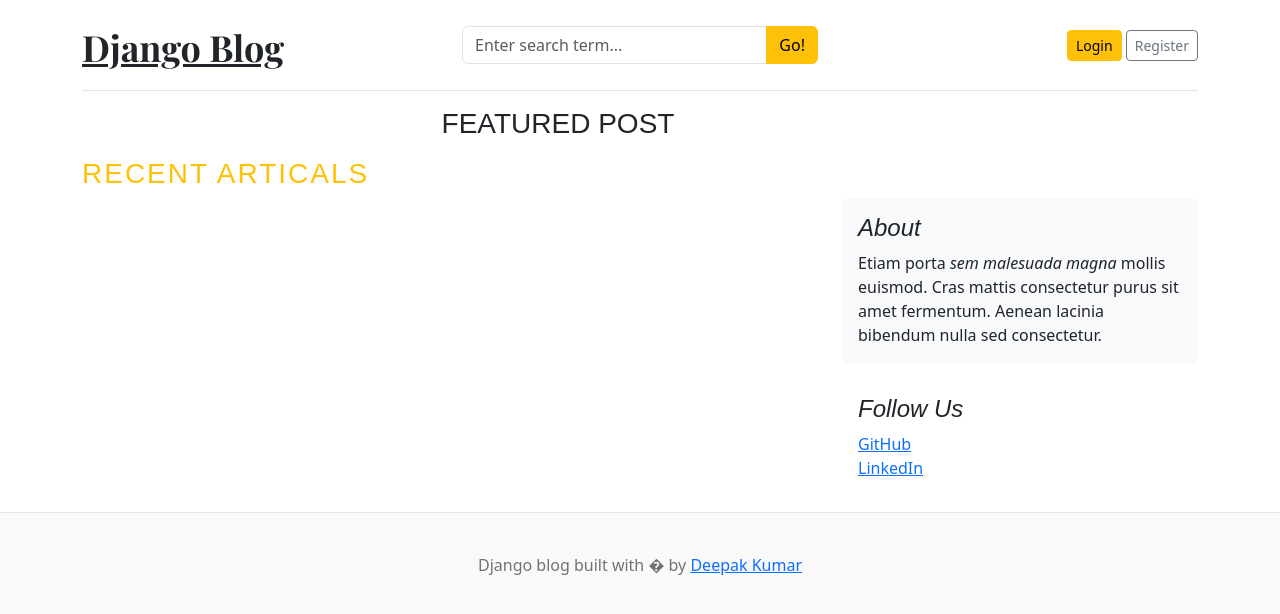
Repository: vijayholve/Blog-Website-Django
Page: templates/home.html
An editor plug-in stored every save of this project. The page is shown before and after the next save, followed by the edit.
The browser window is 1280 px wide. The pictures show the whole page.
Some web fonts or font styles are not loaded; a fallback is used. The template is drawn by Django 5.2. The application's start-up code is not run. Other server files are loaded and not shown. The template is opened directly, without the code that normally fills it, so the values that code supplies are empty.

Above is the page before, as saved 2025-01-29 16:19:00.

### templates/home.html

{% extends 'base/base.html' %}

{% block content %}

{% for post in featured_post %}
 {% if forloop.first %}
<div class="jumbotron p-3 p-md-5 text-white rounded bg-dark" style="background-image: url({{ post.blog_image.url }});background-blend-mode: overlay;background-size:cover;">
    <div class="col-md-8 px-0">
      <h1 class="display-4 font-italic"><a href="{% url 'blogs' post.slug %}">{{ post.title }}</a></h1>
      <p class="lead my-3">{{ post.short_description | truncatewords:20 }}</p>
      <p class="lead mb-0"><a href="#" class="text-white font-weight-bold">Continue reading...</a></p>
    </div>
</div>
  {% endif %}
{% endfor %}


<!-- Featured POST -->
<div class="container row mb-2">
  <div class="container">

    <h3 class="container mr-4 text-uppercase text-dark text-bold text-center" >Featured POST</h3>
    {% for post in featured_post %}
    {% if not forloop.first %}
    <div class="col-md-6">
      <div class="card border-0" >
        <div class="card-body">
          <h3><a href="{% url 'blogs' post.slug %}">{{ post.title }}</a></h3>
          <small class="mb-1 text-muted">
            <span class=" material-symbols-outlined">
              schedule
            </span>
            {{ post.created_at | timesince }} ago | {{ post.author }}</small>
            <p class="card-text">{{ post.short_description | truncatewords:20 }}</p>
          </div>
        </div>
      </div>
      {% endif %}
      {% endfor %}
    </div>

  </div>
  <!-- Recent artical -->
  <main role="main" class="container ">
    <h3 class="text-uppercase text-warning" style="letter-spacing: 2px;">Recent Articals</h3>
    <div class="row">
      <div class="col-md-8 blog-main">
        {% for post in posts %}
        <div class="card border-0" >
          <div class="card-body">
            <h3><a href="{% url 'blogs' post.slug %}">{{ post.title }}</a></h3>
            <small class="mb-1 text-muted">{{ post.created_at | timesince }} ago | {{ post.author }}</small>
            <p class="card-text">{{ post.short_description | truncatewords:20 }}</p>
          </div>
        </div>
        {% endfor %}
      </div>
      <!-- /.blog-main -->

      <aside class="col-md-4 blog-sidebar">
        <div class="p-3 mb-3 bg-light rounded">
          <h4 class="font-italic">About</h4>
          <p class="mb-0">Etiam porta <em>sem malesuada magna</em> mollis euismod. Cras mattis consectetur purus sit amet fermentum. Aenean lacinia bibendum nulla sed consectetur.</p>
        </div>

        <div class="p-3">
          <h4 class="font-italic">Follow Us</h4>
          <ol class="list-unstyled">
            <li><a href="#">GitHub</a></li>
            <li><a href="#">LinkedIn</a></li>
          </ol>
        </div>
      </aside><!-- /.blog-sidebar -->

    </div><!-- /.row -->

  </main><!-- /.container -->

</div>
{% endblock %}

### templates/base/base.html
<!-- Header part -->
{% include './header.html' %}

<!-- Main content part -->
{% block content %}
<div class="container-fluid">

</div>
{% endblock %}

<!-- Footer -->
{% include './footer.html' %}

### templates/base/header.html
{% load static %}
<!DOCTYPE html>
<html lang="en">
<head>
    <meta charset="UTF-8">
    <meta http-equiv="X-UA-Compatible" content="IE=edge">
    <meta name="viewport" content="width=device-width, initial-scale=1.0">
    <title>SM Joshi Blogs</title>
    <link href="https://getbootstrap.com/docs/4.0/dist/css/bootstrap.min.css" rel="stylesheet">
    <link href="https://fonts.googleapis.com/css?family=Playfair+Display:700,900" rel="stylesheet">
    <link href="{% static 'css/blog.css' %}" rel="stylesheet">
    <link href="{% static 'css/Navbar.css' %}" rel="stylesheet">
    <link rel="stylesheet" href="https://cdn.jsdelivr.net/npm/bootstrap@4.4.1/dist/css/bootstrap.min.css" integrity="sha384-Vkoo8x4CGsO3+Hhxv8T/Q5PaXtkKtu6ug5TOeNV6gBiFeWPGFN9MuhOf23Q9Ifjh" crossorigin="anonymous">
    <link href="https://cdn.jsdelivr.net/npm/bootstrap@5.3.3/dist/css/bootstrap.min.css" rel="stylesheet" integrity="sha384-QWTKZyjpPEjISv5WaRU9OFeRpok6YctnYmDr5pNlyT2bRjXh0JMhjY6hW+ALEwIH" crossorigin="anonymous">
    <link rel="stylesheet" href="https://fonts.googleapis.com/css2?family=Material+Symbols+Outlined:opsz,wght,FILL,GRAD@20..48,100..700,0..1,-50..200&icon_names=schedule" />
    <link rel="stylesheet" href="https://cdnjs.cloudflare.com/ajax/libs/font-awesome/4.7.0/css/font-awesome.min.css">

  </head>
<body>
    <div class="container ">
      <header class="blog-header py-3">
        <div class="row flex-nowrap justify-content-between align-items-center">
          <div class="col-4 pt-1">
            <a class="blog-header-logo text-dark" href="/">Django Blog</a>
          </div>
          <div class="col-4">
            <form action="{% url 'search' %}" method="GET">
              <div class="input-group">
                <input class="form-control" name="keyword" type="text" placeholder="Enter search term..." aria-label="Enter search term..." aria-describedby="button-search" />
                <button type="submit" class="btn btn-warning" id="button-search" type="button">Go!</button>
            </div>
            </form>
          </div>

          <div class="col-4 d-flex justify-content-end align-items-center">
            {% if not user.is_authenticated %}
            <a class="btn btn-sm btn-warning" href="{% url 'login' %}">Login</a> &nbsp;
            <a class="btn btn-sm btn-outline-secondary" href="{% url 'register' %}">Register</a>
            {% else %}
            <span><a href="{% url 'dashboard' %}" class="btn btn-warning">Dashboard</a></span> &nbsp;
            <span><a href="{% url 'logout' %}">Logout</a></span>
            {% endif %}
          </div>
        </div>
      </header>

      <div class="nav-scroller py-1 mb-2">
        <nav class="nav d-flex justify-content-between">
          {% for cat in categories %}
          <a class="p-2 text-muted" href="{% url 'posts_by_category' cat.id  %}">{{ cat.category_name }}</a>
          {% endfor %}
        </nav>
      </div>
    </div>
    <script src="https://cdn.jsdelivr.net/npm/bootstrap@5.3.3/dist/js/bootstrap.bundle.min.js" integrity="sha384-YvpcrYf0tY3lHB60NNkmXc5s9fDVZLESaAA55NDzOxhy9GkcIdslK1eN7N6jIeHz" crossorigin="anonymous"></script>
</body>
</html>

### templates/base/footer.html
<footer class="blog-footer">
    <p>Django blog built with � by <a href="#">Deepak Kumar</a></p>
  </footer>
  </body>
  </html>

### static/css/blog.css
/* stylelint-disable selector-list-comma-newline-after */

.blog-header {
  border-bottom: 1px solid #e5e5e5;
}

.blog-header-logo {
  font-family: "Playfair Display", Georgia, "Times New Roman", serif/*rtl:Amiri, Georgia, "Times New Roman", serif*/;
  font-size: 2.25rem;
}

.blog-header-logo:hover {
  text-decoration: none;
}

h1, h2, h3, h4, h5, h6 {
  font-family: "Playfair Display", Georgia, "Times New Roman", serif/*rtl:Amiri, Georgia, "Times New Roman", serif*/;
}

.display-4 {
  font-size: 2.5rem;
}
@media (min-width: 768px) {
  .display-4 {
    font-size: 3rem;
  }
}

.flex-auto {
  flex: 0 0 auto;
}

.h-250 { height: 250px; }
@media (min-width: 768px) {
  .h-md-250 { height: 250px; }
}

/* Pagination */
.blog-pagination {
  margin-bottom: 4rem;
}

/*
 * Blog posts
 */
.blog-post {
  margin-bottom: 4rem;
}
.blog-post-title {
  font-size: 2.5rem;
}
.blog-post-meta {
  margin-bottom: 1.25rem;
  color: #727272;
}

/*
 * Footer
 */
.blog-footer {
  padding: 2.5rem 0;
  color: #727272;
  text-align: center;
  background-color: #f9f9f9;
  border-top: .05rem solid #e5e5e5;
}
.blog-footer p:last-child {
  margin-bottom: 0;
}


.material-symbols-outlined{
  width: 20px;
  /* height: 300px; */
}

### static/css/Navbar.css
:root {
    --font-family-sans-serif: "Open Sans", -apple-system, BlinkMacSystemFont,
    "Segoe UI", Roboto, "Helvetica Neue", Arial, sans-serif, "Apple Color Emoji",
    "Segoe UI Emoji", "Segoe UI Symbol", "Noto Color Emoji";
}

*, *::before, *::after {
    -webkit-box-sizing: border-box;
    box-sizing: border-box;
}

html {
    font-family: sans-serif;
    line-height: 1.15;
    -webkit-text-size-adjust: 100%;
    -webkit-tap-highlight-color: rgba(0, 0, 0, 0);
}

nav {
    display: block;
}

body {
    margin: 0;
    font-family: "Open Sans", -apple-system, BlinkMacSystemFont, "Segoe UI",
    Roboto, "Helvetica Neue", Arial, sans-serif, "Apple Color Emoji",
    "Segoe UI Emoji", "Segoe UI Symbol", "Noto Color Emoji";
    font-size: 1rem;
    font-weight: 400;
    line-height: 1.5;
    color: #515151;
    text-align: left;
    background-color: #e9edf4;
}

h1, h2, h3, h4, h5, h6 {
    margin-top: 0;
    margin-bottom: 0.5rem;
}

p {
    margin-top: 0;
    margin-bottom: 1rem;
}

a {
    color: #3f84fc;
    text-decoration: none;
    background-color: transparent;
}

a:hover {
    color: #0458eb;
    text-decoration: underline;
}

h1, h2, h3, h4, h5, h6, .h1, .h2, .h3, .h4, .h5, .h6 {
    font-family: "Nunito", sans-serif;
    margin-bottom: 0.5rem;
    font-weight: 500;
    line-height: 1.2;
}

h1, .h1 {
    font-size: 2.5rem;
    font-weight: normal;
}

.card {
    position: relative;
    display: -webkit-box;
    display: -webkit-flex;
    display: -ms-flexbox;
    display: flex;
    -webkit-box-orient: vertical;
    -webkit-box-direction: normal;
    -webkit-flex-direction: column;
    -ms-flex-direction: column;
    flex-direction: column;
    min-width: 0;
    word-wrap: break-word;
    background-color: #fff;
    background-clip: border-box;
    border: 1px solid rgba(0, 0, 0, 0.125);
    border-radius: 0;
}

.card-body {
    -webkit-box-flex: 1;
    -webkit-flex: 1 1 auto;
    -ms-flex: 1 1 auto;
    flex: 1 1 auto;
    padding: 1.25rem;
}

.card-header {
    padding: 0.75rem 1.25rem;
    margin-bottom: 0;
    background-color: rgba(0, 0, 0, 0.03);
    border-bottom: 1px solid rgba(0, 0, 0, 0.125);
    text-align: center;
}

.dashboard {
    display: -webkit-box;
    display: -webkit-flex;
    display: -ms-flexbox;
    display: flex;
    min-height: 100vh;
}

.dashboard-app {
    display: -webkit-box;
    display: -webkit-flex;
    display: -ms-flexbox;
    display: flex;
    -webkit-box-orient: vertical;
    -webkit-box-direction: normal;
    -webkit-flex-direction: column;
    -ms-flex-direction: column;
    flex-direction: column;
    -webkit-box-flex: 2;
    -webkit-flex-grow: 2;
    -ms-flex-positive: 2;
    flex-grow: 2;
    margin-top: 84px;
}

.dashboard-content {
    -webkit-box-flex: 2;
    -webkit-flex-grow: 2;
    -ms-flex-positive: 2;
    flex-grow: 2;
    padding: 25px;
}

.dashboard-nav {
    min-width: 238px;
    position: fixed;
    left: 0;
    top: 0;
    bottom: 0;
    overflow: auto;
    background-color: #373193;
}

.dashboard-compact .dashboard-nav {
    display: none;
}

.dashboard-nav header {
    min-height: 84px;
    padding: 8px 27px;
    display: -webkit-box;
    display: -webkit-flex;
    display: -ms-flexbox;
    display: flex;
    -webkit-box-pack: center;
    -webkit-justify-content: center;
    -ms-flex-pack: center;
    justify-content: center;
    -webkit-box-align: center;
    -webkit-align-items: center;
    -ms-flex-align: center;
    align-items: center;
}

.dashboard-nav header .menu-toggle {
    display: none;
    margin-right: auto;
}

.dashboard-nav a {
    color: #515151;
}

.dashboard-nav a:hover {
    text-decoration: none;
}

.dashboard-nav {
    background-color: #443ea2;
}

.dashboard-nav a {
    color: #fff;
}

.brand-logo {
    font-family: "Nunito", sans-serif;
    font-weight: bold;
    font-size: 20px;
    display: -webkit-box;
    display: -webkit-flex;
    display: -ms-flexbox;
    display: flex;
    color: #515151;
    -webkit-box-align: center;
    -webkit-align-items: center;
    -ms-flex-align: center;
    align-items: center;
}

.brand-logo:focus, .brand-logo:active, .brand-logo:hover {
    color: #dbdbdb;
    text-decoration: none;
}

.brand-logo i {
    color: #d2d1d1;
    font-size: 27px;
    margin-right: 10px;
}

.dashboard-nav-list {
    display: -webkit-box;
    display: -webkit-flex;
    display: -ms-flexbox;
    display: flex;
    -webkit-box-orient: vertical;
    -webkit-box-direction: normal;
    -webkit-flex-direction: column;
    -ms-flex-direction: column;
    flex-direction: column;
}

.dashboard-nav-item {
    min-height: 56px;
    padding: 8px 20px 8px 70px;
    display: -webkit-box;
    display: -webkit-flex;
    display: -ms-flexbox;
    display: flex;
    -webkit-box-align: center;
    -webkit-align-items: center;
    -ms-flex-align: center;
    align-items: center;
    letter-spacing: 0.02em;
    transition: ease-out 0.5s;
}

.dashboard-nav-item i {
    width: 36px;
    font-size: 19px;
    margin-left: -40px;
}

.dashboard-nav-item:hover {
    background: rgba(255, 255, 255, 0.04);
}

.active {
    background: rgba(0, 0, 0, 0.1);
}

.dashboard-nav-dropdown {
    display: -webkit-box;
    display: -webkit-flex;
    display: -ms-flexbox;
    display: flex;
    -webkit-box-orient: vertical;
    -webkit-box-direction: normal;
    -webkit-flex-direction: column;
    -ms-flex-direction: column;
    flex-direction: column;
}

.dashboard-nav-dropdown.show {
    background: rgba(255, 255, 255, 0.04);
}

.dashboard-nav-dropdown.show > .dashboard-nav-dropdown-toggle {
    font-weight: bold;
}

.dashboard-nav-dropdown.show > .dashboard-nav-dropdown-toggle:after {
    -webkit-transform: none;
    -o-transform: none;
    transform: none;
}

.dashboard-nav-dropdown.show > .dashboard-nav-dropdown-menu {
    display: -webkit-box;
    display: -webkit-flex;
    display: -ms-flexbox;
    display: flex;
}

.dashboard-nav-dropdown-toggle:after {
    content: "";
    margin-left: auto;
    display: inline-block;
    width: 0;
    height: 0;
    border-left: 5px solid transparent;
    border-right: 5px solid transparent;
    border-top: 5px solid rgba(81, 81, 81, 0.8);
    -webkit-transform: rotate(90deg);
    -o-transform: rotate(90deg);
    transform: rotate(90deg);
}

.dashboard-nav .dashboard-nav-dropdown-toggle:after {
    border-top-color: rgba(255, 255, 255, 0.72);
}

.dashboard-nav-dropdown-menu {
    display: none;
    -webkit-box-orient: vertical;
    -webkit-box-direction: normal;
    -webkit-flex-direction: column;
    -ms-flex-direction: column;
    flex-direction: column;
}

.dashboard-nav-dropdown-item {
    min-height: 40px;
    padding: 8px 20px 8px 70px;
    display: -webkit-box;
    display: -webkit-flex;
    display: -ms-flexbox;
    display: flex;
    -webkit-box-align: center;
    -webkit-align-items: center;
    -ms-flex-align: center;
    align-items: center;
    transition: ease-out 0.5s;
}

.dashboard-nav-dropdown-item:hover {
    background: rgba(255, 255, 255, 0.04);
}

.menu-toggle {
    position: relative;
    width: 42px;
    height: 42px;
    display: -webkit-box;
    display: -webkit-flex;
    display: -ms-flexbox;
    display: flex;
    -webkit-box-align: center;
    -webkit-align-items: center;
    -ms-flex-align: center;
    align-items: center;
    -webkit-box-pack: center;
    -webkit-justify-content: center;
    -ms-flex-pack: center;
    justify-content: center;
    color: #443ea2;
}

.menu-toggle:hover, .menu-toggle:active, .menu-toggle:focus {
    text-decoration: none;
    color: #875de5;
}

.menu-toggle i {
    font-size: 20px;
}

.dashboard-toolbar {
    min-height: 84px;
    background-color: #dfdfdf;
    display: -webkit-box;
    display: -webkit-flex;
    display: -ms-flexbox;
    display: flex;
    -webkit-box-align: center;
    -webkit-align-items: center;
    -ms-flex-align: center;
    align-items: center;
    padding: 8px 27px;
    position: fixed;
    top: 0;
    right: 0;
    left: 0;
    z-index: 1000;
}

.nav-item-divider {
    height: 1px;
    margin: 1rem 0;
    overflow: hidden;
    background-color: rgba(236, 238, 239, 0.3);
}

@media (min-width: 992px) {
    .dashboard-app {
        margin-left: 238px;
    }

    .dashboard-compact .dashboard-app {
        margin-left: 0;
    }
}


@media (max-width: 768px) {
    .dashboard-content {
        padding: 15px 0px;
    }
}

@media (max-width: 992px) {
    .dashboard-nav {
        display: none;
        position: fixed;
        top: 0;
        right: 0;
        left: 0;
        bottom: 0;
        z-index: 1070;
    }

    .dashboard-nav.mobile-show {
        display: block;
    }
}

@media (max-width: 992px) {
    .dashboard-nav header .menu-toggle {
        display: -webkit-box;
        display: -webkit-flex;
        display: -ms-flexbox;
        display: flex;
    }
}

@media (min-width: 992px) {
    .dashboard-toolbar {
        left: 238px;
    }

    .dashboard-compact .dashboard-toolbar {
        left: 0;
    }
}

After the next save:
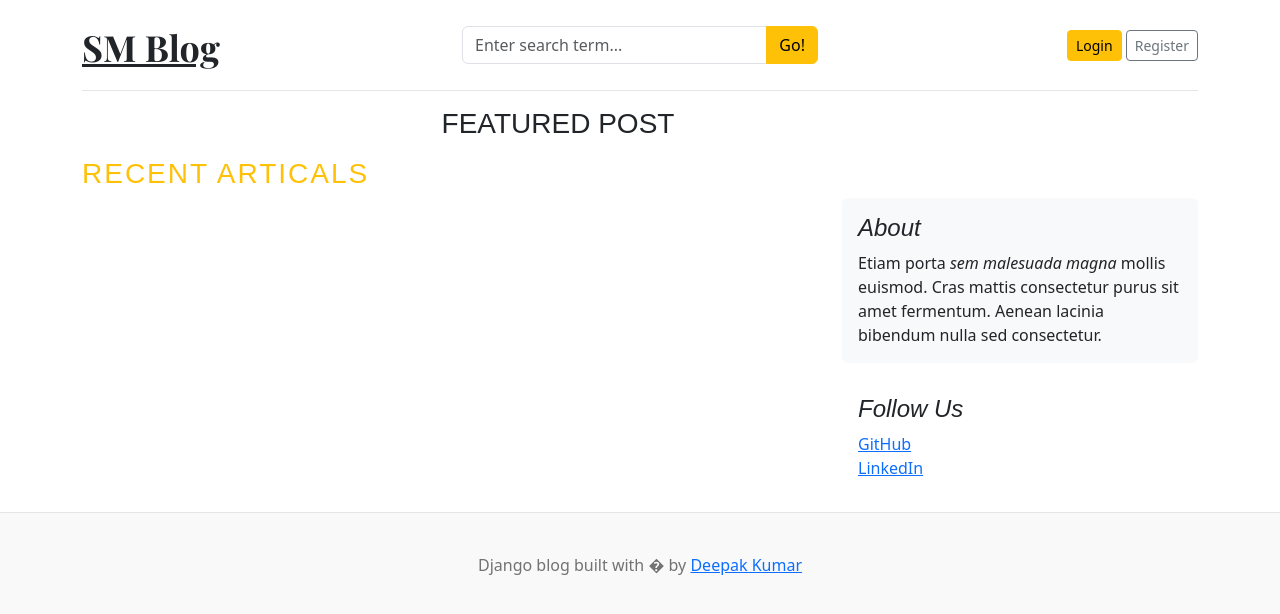
Saved 19 s later.
--- a/templates/base/header.html
+++ b/templates/base/header.html
@@ -21,7 +21,7 @@
       <header class="blog-header py-3">
         <div class="row flex-nowrap justify-content-between align-items-center">
           <div class="col-4 pt-1">
-            <a class="blog-header-logo text-dark" href="/">Django Blog</a>
+            <a class="blog-header-logo text-dark" href="/">SM  Blog</a>
           </div>
           <div class="col-4">
             <form action="{% url 'search' %}" method="GET">
